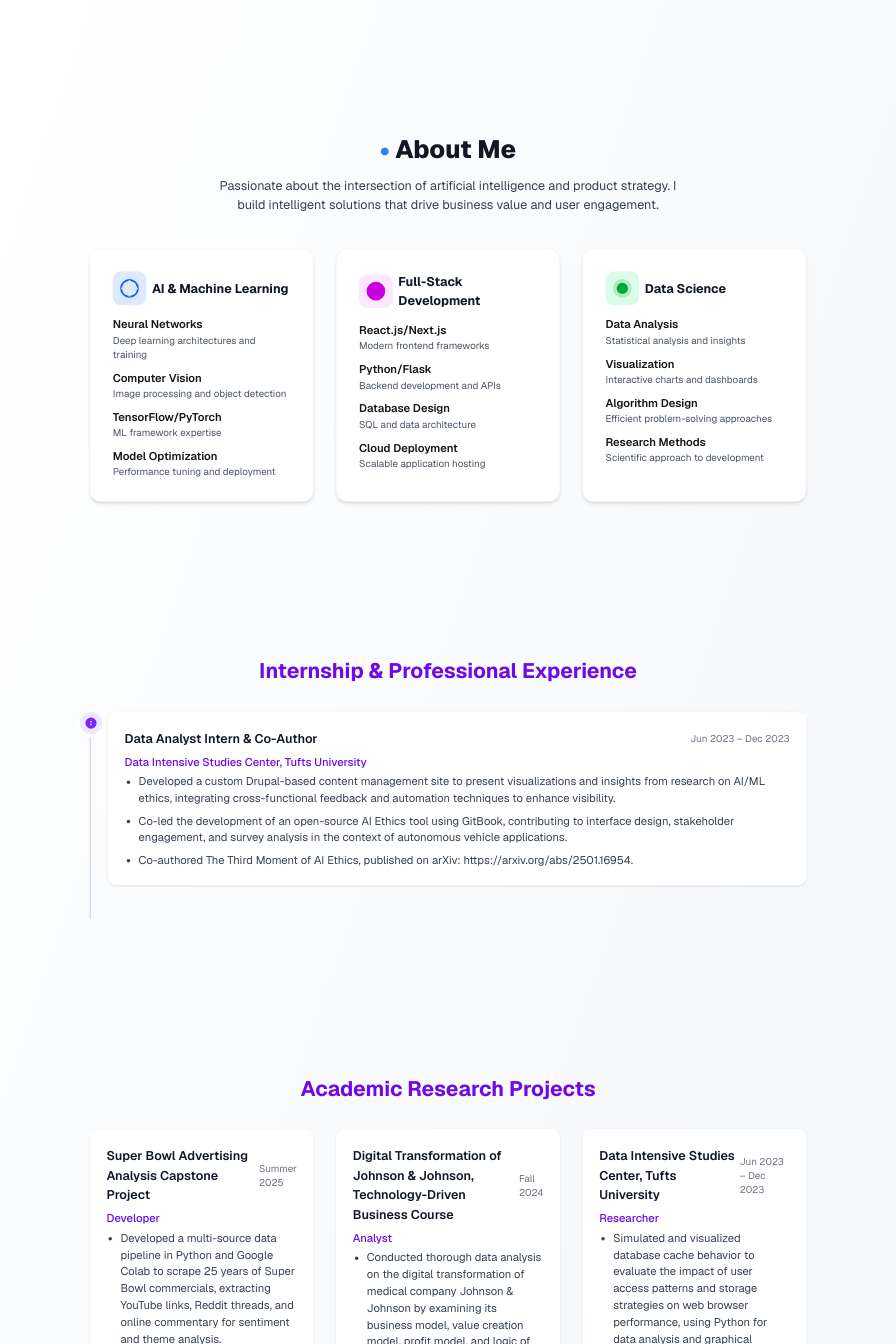
Repository: winniewyl/personal-portfolio
Page: /
The author's editor kept a copy of each file at every save. The page is drawn from the files as they stood at one save, then again after a run of saves.
The browser window is 1280 px wide. The pictures show the part of the page from y = 400 to 2320 px (the page is 3753 px tall), at 70% of full size.
The project was rebuilt for these pictures with package versions that can differ from the ones it lists, and the page was loaded fresh each time. The framework's server and built-in components were replaced by stand-ins that run in the browser. Also part of the build but not shown: next.config.ts.

Above is the page before, as saved 2025-07-23 09:11:14.

### src/app/page.tsx
import Hero from '../components/Hero';
import About from '../components/About';
import Projects from '../components/Projects';
import Contact from '../components/Contact';

const experienceData = [
  {
    org: 'Data Intensive Studies Center, Tufts University',
    title: 'Data Analyst Intern & Co-Author',
    date: 'Jun 2023 – Dec 2023',
    highlights: [
      'Developed a custom Drupal-based content management site to present visualizations and insights from research on AI/ML ethics, integrating cross-functional feedback and automation techniques to enhance visibility.',
      'Co-led the development of an open-source AI Ethics tool using GitBook, contributing to interface design, stakeholder engagement, and survey analysis in the context of autonomous vehicle applications.',
      'Co-authored The Third Moment of AI Ethics, published on arXiv: https://arxiv.org/abs/2501.16954.',
    ],
  },
];

const projectData = [
  {
    title: 'Super Bowl Advertising Analysis Capstone Project',
    role: 'Developer',
    date: 'Summer 2025',
    highlights: [
      'Developed a multi-source data pipeline in Python and Google Colab to scrape 25 years of Super Bowl commercials, extracting YouTube links, Reddit threads, and online commentary for sentiment and theme analysis.',
      'Applied generative AI (Gemini API) and NLP techniques to summarize and classify ads by emotional tone, audience reception, and creative elements, supporting strategic insights for future advertising campaigns.',
    ],
  },
  {
    title:
      'Digital Transformation of Johnson & Johnson, Technology-Driven Business Course',
    role: 'Analyst',
    date: 'Fall 2024',
    highlights: [
      'Conducted thorough data analysis on the digital transformation of medical company Johnson & Johnson by examining its business model, value creation model, profit model, and logic of business.',
      'Created high-impact presentations that translated technical findings into business-oriented recommendations to predict future trends.',
      'Developed a pricing model to support strategic product positioning; forecasted future trends using historical sales and competitive data.',
    ],
  },
  {
    title: 'Data Intensive Studies Center, Tufts University',
    role: 'Researcher',
    date: 'Jun 2023 – Dec 2023',
    highlights: [
      'Simulated and visualized database cache behavior to evaluate the impact of user access patterns and storage strategies on web browser performance, using Python for data analysis and graphical comparisons.',
      'Analyzed cache hit rates across multiple strategies, identified performance drivers, and recommended optimal configurations tailored to specific usage scenarios.',
      'Implemented the recommended cache strategy, increasing hit rates to over 80% and demonstrating practical application of automation and performance optimization principles.',
    ],
  },
];

export default function Home() {
  return (
    <div className="font-sans min-h-screen flex flex-col bg-gradient-to-br from-white via-slate-50 to-slate-100 dark:from-[#18181c] dark:via-[#1a1a22] dark:to-[#101014]">
      {/* Navbar */}
      <nav className="w-full flex items-center justify-between py-6 px-8 border-b border-gray-100 dark:border-gray-800 bg-white/80 dark:bg-[#101010]/80 backdrop-blur z-10 sticky top-0">
        <div className="text-2xl font-extrabold text-violet-600 tracking-tight">
          WW
        </div>
        <ul className="flex gap-8 text-base font-medium text-gray-900 dark:text-white">
          <li>
            <a
              href="#about"
              className="hover:text-violet-600 transition-colors"
            >
              About
            </a>
          </li>
          <li>
            <a
              href="#experience"
              className="hover:text-violet-600 transition-colors"
            >
              Experience
            </a>
          </li>
          <li>
            <a
              href="#projects"
              className="hover:text-violet-600 transition-colors"
            >
              Projects
            </a>
          </li>
          <li>
            <a
              href="#education"
              className="hover:text-violet-600 transition-colors"
            >
              Education
            </a>
          </li>
          <li>
            <a
              href="#contact"
              className="hover:text-violet-600 transition-colors"
            >
              Contact
            </a>
          </li>
        </ul>
      </nav>
      {/* Main Content */}
      <main className="flex-1 w-full flex flex-col items-center px-4 sm:px-0">
        <section className="w-full flex flex-col items-center justify-center py-20 sm:py-28 bg-transparent">
          <Hero name="Winnie Wang" role="AI Product Analyst" />
        </section>
        <section
          id="about"
          className="w-full flex flex-col items-center py-20 sm:py-28 max-w-5xl mx-auto scroll-mt-24"
        >
          <About />
        </section>
        {/* Experience Section */}
        <section
          id="experience"
          className="w-full flex flex-col items-center py-20 sm:py-28 max-w-5xl mx-auto scroll-mt-24"
        >
          <h2 className="text-3xl font-bold mb-10 text-violet-700 dark:text-violet-400">
            Internship & Professional Experience
          </h2>
          <ol className="relative border-l-2 border-violet-200 dark:border-violet-700">
            {experienceData.map((exp, idx) => (
              <li key={exp.title} className="mb-12 ml-6">
                <span className="absolute flex items-center justify-center w-8 h-8 bg-violet-100 rounded-full -left-4 ring-4 ring-white dark:ring-[#18181c]">
                  <svg
                    className="w-5 h-5 text-violet-600"
                    fill="currentColor"
                    viewBox="0 0 20 20"
                  >
                    <path d="M10 2a8 8 0 100 16 8 8 0 000-16zm1 11H9v-2h2v2zm0-4H9V7h2v2z" />
                  </svg>
                </span>
                <div className="bg-white dark:bg-[#232336] rounded-xl shadow p-6">
                  <div className="flex flex-col sm:flex-row sm:items-center sm:justify-between mb-2">
                    <span className="font-semibold text-lg text-gray-900 dark:text-white">
                      {exp.title}
                    </span>
                    <span className="text-sm text-gray-500 dark:text-gray-400">
                      {exp.date}
                    </span>
                  </div>
                  <div className="text-md font-medium text-violet-700 dark:text-violet-300 mb-1">
                    {exp.org}
                  </div>
                  <ul className="list-disc pl-5 space-y-2 text-gray-700 dark:text-gray-300">
                    {exp.highlights.map((h, i) => (
                      <li key={i}>{h}</li>
                    ))}
                  </ul>
                </div>
              </li>
            ))}
          </ol>
        </section>
        {/* Projects Section */}
        <section
          id="projects"
          className="w-full flex flex-col items-center py-20 sm:py-28 max-w-5xl mx-auto scroll-mt-24"
        >
          <h2 className="text-3xl font-bold mb-10 text-violet-700 dark:text-violet-400">
            Academic Research Projects
          </h2>
          <div className="grid grid-cols-1 md:grid-cols-3 gap-8 w-full">
            {projectData.map((proj, idx) => (
              <div
                key={proj.title}
                className="bg-white dark:bg-[#232336] rounded-xl shadow p-6 flex flex-col"
              >
                <div className="flex flex-col sm:flex-row sm:items-center sm:justify-between mb-2">
                  <span className="font-semibold text-lg text-gray-900 dark:text-white">
                    {proj.title}
                  </span>
                  <span className="text-sm text-gray-500 dark:text-gray-400">
                    {proj.date}
                  </span>
                </div>
                <div className="text-md font-medium text-violet-700 dark:text-violet-300 mb-1">
                  {proj.role}
                </div>
                <ul className="list-disc pl-5 space-y-2 text-gray-700 dark:text-gray-300">
                  {proj.highlights.map((h, i) => (
                    <li key={i}>{h}</li>
                  ))}
                </ul>
              </div>
            ))}
          </div>
        </section>
        <section
          id="education"
          className="w-full flex flex-col items-center py-20 sm:py-28 max-w-5xl mx-auto scroll-mt-24"
        >
          <h2 className="text-3xl font-bold mb-10 text-violet-700 dark:text-violet-400">
            Education
          </h2>
          <div className="relative w-full flex flex-col md:flex-row items-center justify-center">
            {/* Timeline SVG Connector */}
            <svg
              className="hidden md:block absolute left-0 right-0 top-1/2 -translate-y-1/2 z-0"
              height="120"
              width="100%"
              viewBox="0 0 1000 120"
              fill="none"
              preserveAspectRatio="none"
            >
              <path
                d="M 80 60 Q 180 10, 280 60 T 480 60 T 680 60 T 880 60"
                stroke="#a78bfa"
                strokeWidth="4"
                fill="none"
              />
              <circle cx="80" cy="60" r="8" fill="#a78bfa" />
              <circle cx="280" cy="60" r="8" fill="#a78bfa" />
              <circle cx="480" cy="60" r="8" fill="#a78bfa" />
              <circle cx="680" cy="60" r="8" fill="#a78bfa" />
            </svg>
            {/* Education Cards */}
            <div className="flex flex-col md:flex-row items-center justify-center w-full gap-8 z-10">
              {/* Middle School */}
              <div className="flex flex-col items-center flex-1 w-64 h-64 bg-white dark:bg-[#232336] rounded-xl shadow p-6 border border-violet-100 dark:border-violet-700 text-center justify-center">
                <div className="w-20 h-20 mb-4 flex items-center justify-center rounded-full bg-white/30 backdrop-blur-md shadow-inner">
                  <img
                    src="/yu-hua-logo.png"
                    alt="江西育华学校 logo"
                    className="w-16 h-16 object-contain filter grayscale"
                    style={{ mixBlendMode: 'multiply' }}
                  />
                </div>
                <span className="font-bold text-lg text-violet-700 mt-2">
                  江西育华学校
                </span>
                <span className="text-sm text-gray-700 dark:text-gray-300 mt-1">
                  2014–2017
                </span>
              </div>
              {/* High School */}
              <div className="flex flex-col items-center flex-1 w-64 h-64 bg-white dark:bg-[#232336] rounded-xl shadow p-6 border border-violet-100 dark:border-violet-700 text-center justify-center">
                <span className="flex items-center justify-center w-10 h-10 bg-violet-100 rounded-full mb-2">
                  <svg
                    className="w-6 h-6 text-violet-600"
                    fill="currentColor"
                    viewBox="0 0 20 20"
                  >
                    <path d="M10 2a8 8 0 100 16 8 8 0 000-16zm1 11H9v-2h2v2zm0-4H9V7h2v2z" />
                  </svg>
                </span>
                <span className="font-bold text-lg text-violet-700">
                  江西师大附中国际部
                </span>
                <span className="text-sm text-gray-700 dark:text-gray-300">
                  High School Diploma
                </span>
                <span className="text-sm text-gray-700 dark:text-gray-300">
                  2017–2020
                </span>
              </div>
              {/* Tufts University */}
              <div className="flex flex-col items-center flex-1 w-64 h-64 bg-white dark:bg-[#232336] rounded-xl shadow p-6 border border-violet-100 dark:border-violet-700 text-center justify-center">
                <span className="flex items-center justify-center w-10 h-10 bg-violet-100 rounded-full mb-2">
                  <svg
                    className="w-6 h-6 text-violet-600"
                    fill="currentColor"
                    viewBox="0 0 20 20"
                  >
                    <path d="M10 2a8 8 0 100 16 8 8 0 000-16zm1 11H9v-2h2v2zm0-4H9V7h2v2z" />
                  </svg>
                </span>
                <span className="font-bold text-lg text-violet-700">
                  Tufts University
                </span>
                <span className="text-sm text-gray-500 dark:text-gray-400">
                  May 2024
                </span>
                <span className="text-gray-900 dark:text-white">
                  B.S. in Applied Mathematics & Computer Science
                </span>
                <span className="text-sm text-gray-700 dark:text-gray-300">
                  GPA: 3.83 / 4.00
                </span>
                <span className="text-xs text-emerald-600 mt-1">
                  Summa Cum Laude, Dean’s List (all quarters)
                </span>
              </div>
              {/* Purdue University */}
              <div className="flex flex-col items-center flex-1 w-64 h-64 bg-white dark:bg-[#232336] rounded-xl shadow p-6 border border-violet-100 dark:border-violet-700 text-center justify-center">
                <span className="flex items-center justify-center w-10 h-10 bg-violet-100 rounded-full mb-2">
                  <svg
                    className="w-6 h-6 text-violet-600"
                    fill="currentColor"
                    viewBox="0 0 20 20"
                  >
                    <path d="M10 2a8 8 0 100 16 8 8 0 000-16zm1 11H9v-2h2v2zm0-4H9V7h2v2z" />
                  </svg>
                </span>
                <span className="font-bold text-lg text-violet-700">
                  Purdue University
                </span>
                <span className="text-sm text-gray-500 dark:text-gray-400">
                  Expected Jun 2026
                </span>
                <span className="text-gray-900 dark:text-white">
                  Master of Business and Technology
                </span>
                <span className="text-sm text-gray-700 dark:text-gray-300">
                  GPA: 3.75 / 4.00
                </span>
              </div>
            </div>
          </div>
        </section>
        <section
          id="contact"
          className="w-full flex flex-col items-center py-20 sm:py-28 max-w-5xl mx-auto scroll-mt-24"
        >
          <Contact />
        </section>
      </main>
    </div>
  );
}

### src/components/Hero.tsx
import React from 'react';

interface HeroProps {
  name: string;
  role: string;
}

const Hero: React.FC<HeroProps> = ({ name, role }) => (
  <section className="flex flex-col items-center justify-center gap-4 py-8 w-full">
    <h1 className="text-4xl sm:text-5xl font-bold text-center">{name}</h1>
    <h2 className="text-xl sm:text-2xl font-medium text-center text-gray-600 dark:text-gray-300">
      {role}
    </h2>
  </section>
);

export default Hero;

### src/components/About.tsx
import React from 'react';

const aboutData = [
  {
    icon: (
      <span className="bg-blue-100 text-blue-600 rounded-xl p-2 mr-2">
        {/* AI Icon */}
        <svg width="32" height="32" fill="none" viewBox="0 0 24 24">
          <path
            fill="currentColor"
            d="M12 2a10 10 0 100 20 10 10 0 000-20zm1 17.93V20a1 1 0 11-2 0v-.07A8.001 8.001 0 014.07 13H4a1 1 0 110-2h.07A8.001 8.001 0 0111 4.07V4a1 1 0 112 0v.07A8.001 8.001 0 0119.93 11H20a1 1 0 110 2h-.07A8.001 8.001 0 0113 19.93z"
          ></path>
        </svg>
      </span>
    ),
    title: 'AI & Machine Learning',
    skills: [
      {
        name: 'Neural Networks',
        desc: 'Deep learning architectures and training',
      },
      {
        name: 'Computer Vision',
        desc: 'Image processing and object detection',
      },
      { name: 'TensorFlow/PyTorch', desc: 'ML framework expertise' },
      { name: 'Model Optimization', desc: 'Performance tuning and deployment' },
    ],
    color: 'blue',
  },
  {
    icon: (
      <span className="bg-fuchsia-100 text-fuchsia-600 rounded-xl p-2 mr-2">
        {/* Full-Stack Icon */}
        <svg width="32" height="32" fill="none" viewBox="0 0 24 24">
          <path
            fill="currentColor"
            d="M12 2a10 10 0 100 20 10 10 0 000-20zm-1 17.93V20a1 1 0 102 0v-.07A8.001 8.001 0 0020 13h.07a1 1 0 100-2H20a8.001 8.001 0 00-7-7.93V4a1 1 0 10-2 0v.07A8.001 8.001 0 004 11H3.93a1 1 0 100 2H4a8.001 8.001 0 007 7.93z"
          ></path>
        </svg>
      </span>
    ),
    title: 'Full-Stack Development',
    skills: [
      { name: 'React.js/Next.js', desc: 'Modern frontend frameworks' },
      { name: 'Python/Flask', desc: 'Backend development and APIs' },
      { name: 'Database Design', desc: 'SQL and data architecture' },
      { name: 'Cloud Deployment', desc: 'Scalable application hosting' },
    ],
    color: 'fuchsia',
  },
  {
    icon: (
      <span className="bg-green-100 text-green-600 rounded-xl p-2 mr-2">
        {/* Data Science Icon */}
        <svg width="32" height="32" fill="none" viewBox="0 0 24 24">
          <circle cx="12" cy="12" r="10" fill="currentColor" opacity=".2" />
          <circle cx="12" cy="12" r="6" fill="currentColor" />
        </svg>
      </span>
    ),
    title: 'Data Science',
    skills: [
      { name: 'Data Analysis', desc: 'Statistical analysis and insights' },
      { name: 'Visualization', desc: 'Interactive charts and dashboards' },
      {
        name: 'Algorithm Design',
        desc: 'Efficient problem-solving approaches',
      },
      { name: 'Research Methods', desc: 'Scientific approach to development' },
    ],
    color: 'green',
  },
];

const About: React.FC = () => (
  <section className="w-full flex flex-col items-center">
    <h2 className="text-4xl font-extrabold text-center mb-4 mt-4 text-gray-900 dark:text-white">
      <span className="inline-block align-middle mr-2 text-blue-500">•</span>
      About Me
    </h2>
    <p className="text-lg text-center text-gray-700 dark:text-gray-300 max-w-2xl mb-12">
      Passionate about the intersection of artificial intelligence and product
      strategy. I build intelligent solutions that drive business value and user
      engagement.
    </p>
    <div className="w-full max-w-6xl flex flex-col md:flex-row gap-8 justify-center items-stretch">
      {aboutData.map((card, idx) => (
        <div
          key={card.title}
          className="flex-1 bg-white dark:bg-[#18181c] rounded-2xl shadow-md p-8 flex flex-col mb-4 md:mb-0 border border-gray-100 dark:border-gray-800 min-w-[260px] max-w-sm mx-auto"
        >
          <div className="flex items-center mb-4">
            {card.icon}
            <span className={`text-lg font-bold text-gray-900 dark:text-white`}>
              {card.title}
            </span>
          </div>
          <ul className="space-y-3">
            {card.skills.map((skill) => (
              <li key={skill.name} className="flex flex-col">
                <span
                  className={`font-semibold text-${card.color}-700 dark:text-${card.color}-400`}
                >
                  {skill.name}
                </span>
                <span className="text-gray-600 dark:text-gray-400 text-sm">
                  {skill.desc}
                </span>
              </li>
            ))}
          </ul>
        </div>
      ))}
    </div>
  </section>
);

export default About;

### src/components/Contact.tsx
import React from 'react';

const Contact: React.FC = () => (
  <section className="py-8 w-full flex flex-col items-center">
    <h2 className="text-2xl font-bold mb-4">Contact</h2>
    <p className="max-w-xl text-center text-gray-700 dark:text-gray-300">
      This is a placeholder for the Contact section. Add your contact form or
      details here.
    </p>
  </section>
);

export default Contact;

Loaded but not shown: src/app/layout.tsx (common file); src/app/globals.css (common file)

After the next 3 saves:
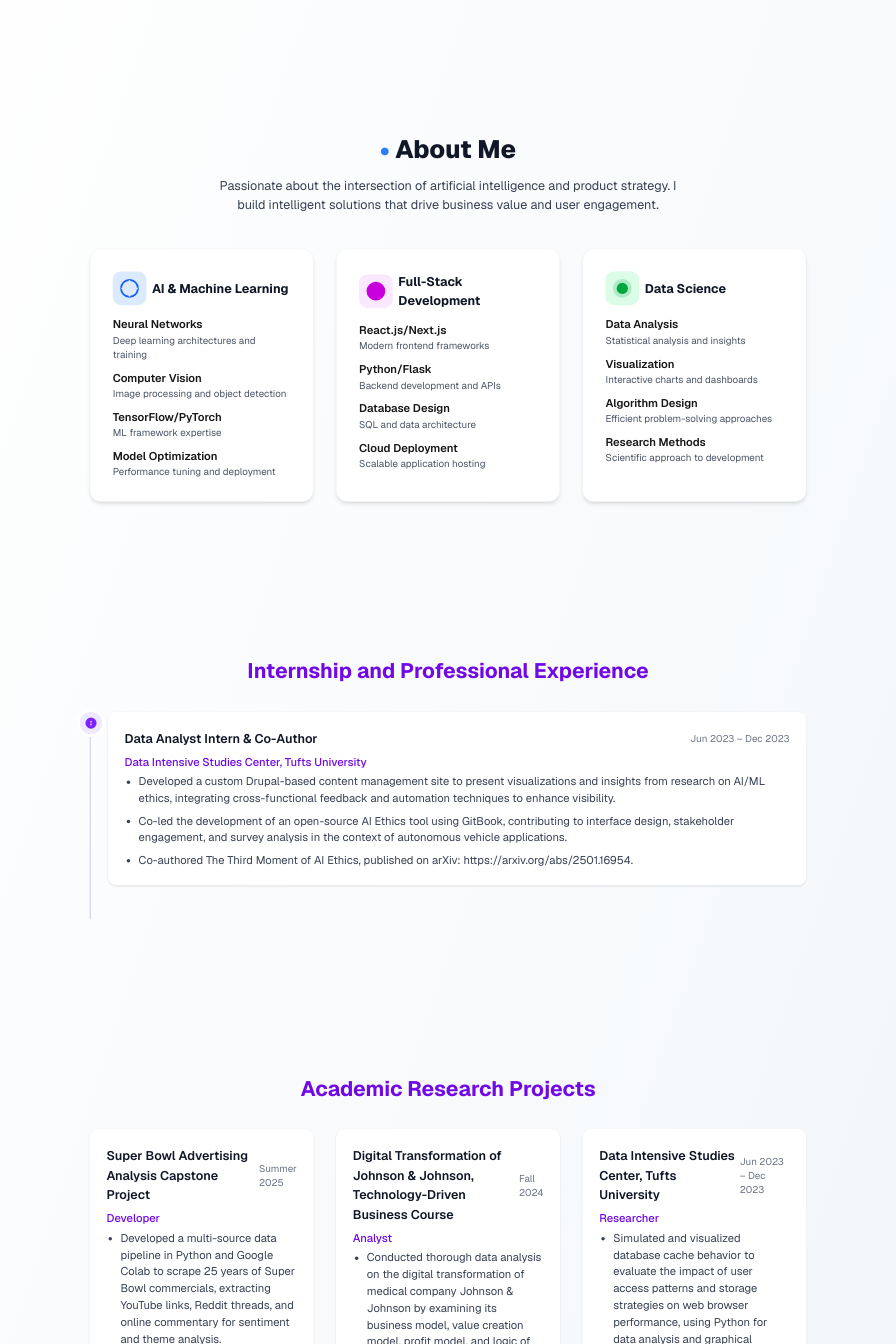
The 3 saves are shown as one change because they came seconds apart.
The last was saved 29 s later.
--- a/src/app/page.tsx
+++ b/src/app/page.tsx
@@ -117,7 +117,7 @@ export default function Home() {
           className="w-full flex flex-col items-center py-20 sm:py-28 max-w-5xl mx-auto scroll-mt-24"
         >
           <h2 className="text-3xl font-bold mb-10 text-violet-700 dark:text-violet-400">
-            Internship & Professional Experience
+            Internship and Professional Experience
           </h2>
           <ol className="relative border-l-2 border-violet-200 dark:border-violet-700">
             {experienceData.map((exp, idx) => (
